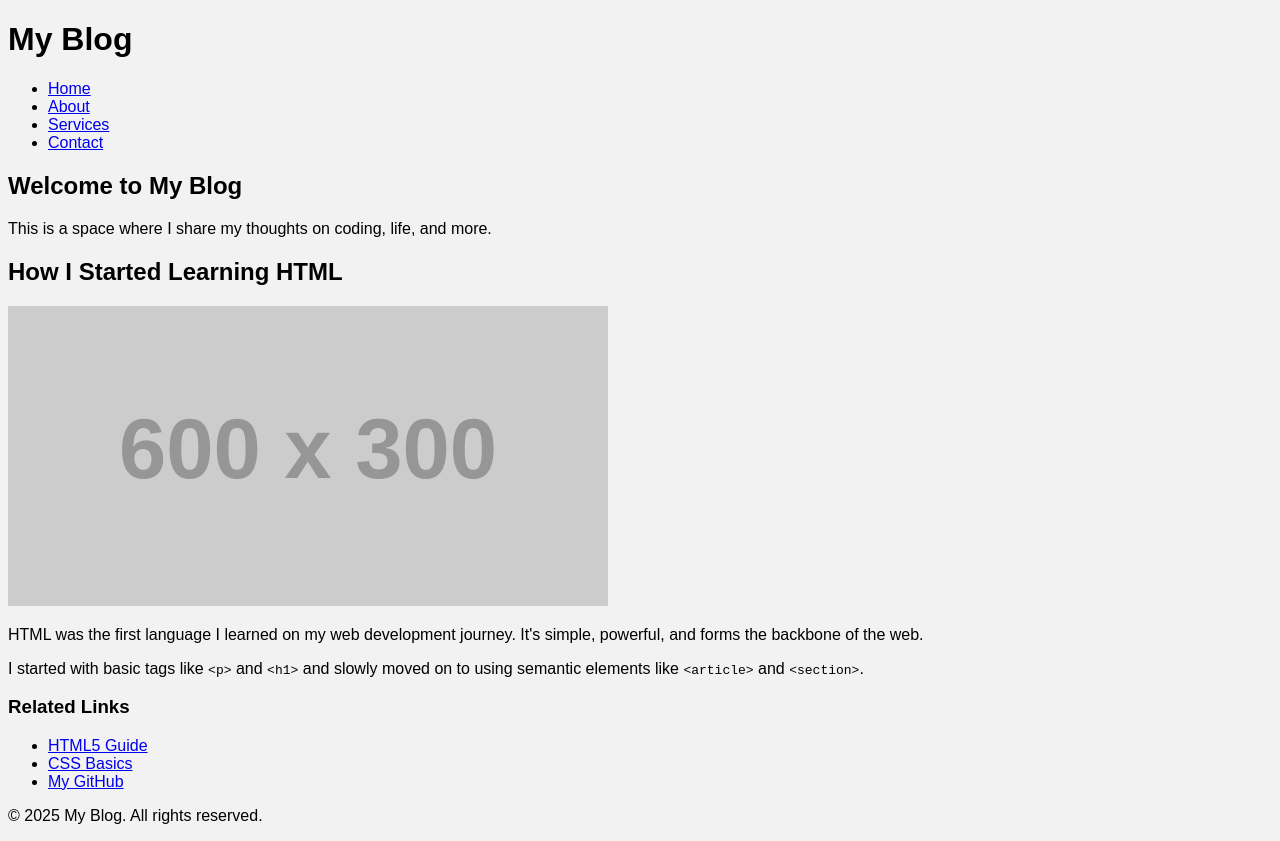
Repository: SainediAmbika/RecallingAll
Page: Angular Recalling/Blog Page/index.html
An editor plug-in stored every save of this project. The page is shown before and after the next save, followed by the edit.
The browser window is 1280 px wide. The pictures show the whole page.

Above is the page before, as saved 2025-05-19 11:55:16.

### Angular Recalling/Blog Page/index.html
<!DOCTYPE html>
<html lang="en">

<head>
    <meta charset="UTF-8">
    <meta name="viewport" content="width=device-width, initial-scale=1.0">
    <link rel="stylesheet" href="app.css">
    <title>Blog Page</title>

</head>
<body>
    <header class="header">
        <h1>My Blog</h1>
        <nav>
            <ul>
                <li><a href="#">Home</a></li>
                <li><a href="#">About</a></li>
                <li><a href="#">Services</a></li>
                <li><a href="#">Contact</a></li>

            </ul>
        </nav>
    </header>
    <main>

        <section>
            <h2>Welcome to My Blog</h2>
            <p>This is a space where I share my thoughts on coding, life, and more.</p>
        </section>
    </main>
    <article>
        <h2>How I Started Learning HTML</h2>
        <img src="https://via.placeholder.com/600x300" alt="A person learning HTML on a laptop">
        <p>HTML was the first language I learned on my web development journey. It's simple, powerful, and forms the
            backbone of the web.</p>
        <p>I started with basic tags like <code>&lt;p&gt;</code> and <code>&lt;h1&gt;</code> and slowly moved on to
            using semantic elements like <code>&lt;article&gt;</code> and <code>&lt;section&gt;</code>.</p>
    </article>

    <aside>
        <h3>Related Links</h3><ul>
            <li><a href="https://www.w3schools.com/html/">HTML5 Guide</a></li>
            <li><a href="https://www.w3schools.com/css/">CSS Basics</a></li>
            <li><a href="https://github.com/">My GitHub</a></li>

        </ul>
    </aside>




    <footer>
        <p>&copy; 2025 My Blog. All rights reserved.</p>
    </footer>
    </article>

</body>

</html>

### Angular Recalling/Blog Page/app.css
#header{
    text-align: center;
}
body {
    font-family: Arial, sans-serif;
    background-color: #f2f2f2;

 }

After the next save:
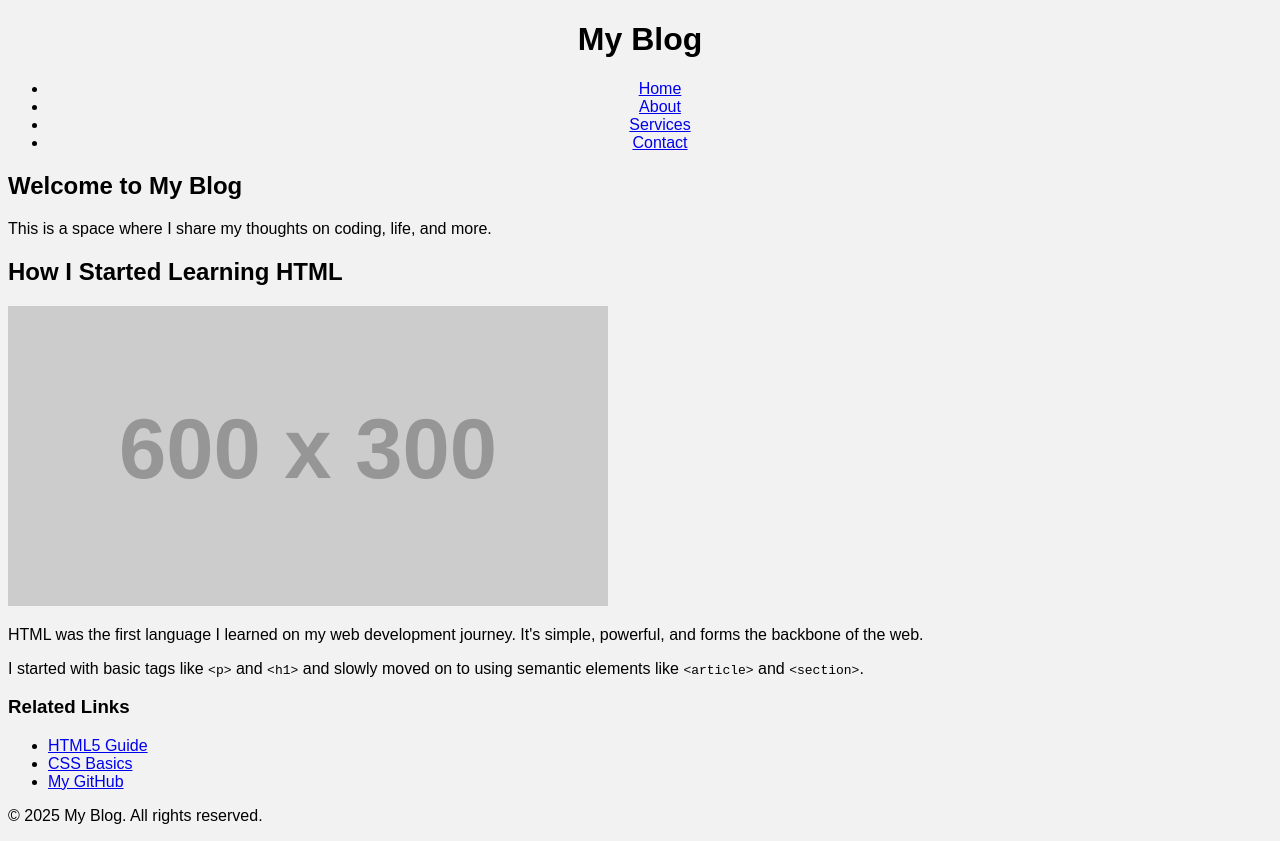
Saved 93 s later.
--- a/Angular Recalling/Blog Page/app.css
+++ b/Angular Recalling/Blog Page/app.css
@@ -1,4 +1,4 @@
-#header{
+.header{
     text-align: center;
 }
 body {
